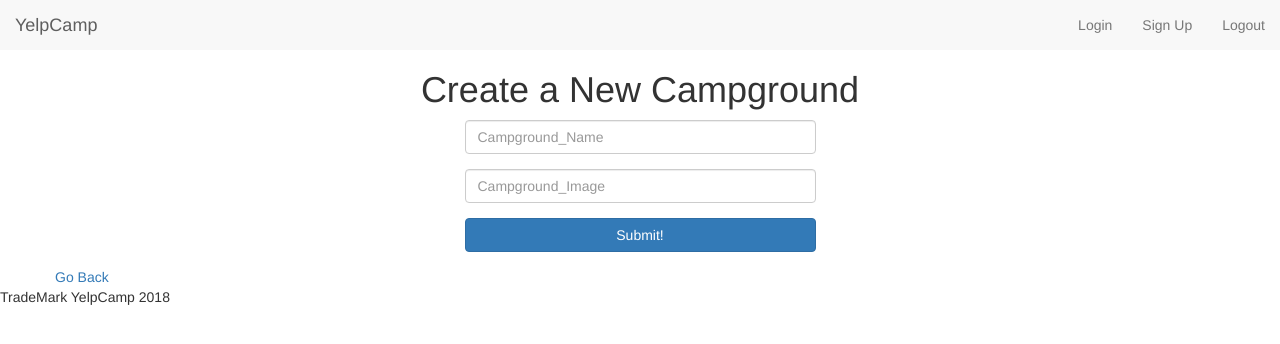
Repository: Kushagrakmr/c9backup
Page: http://localhost/campgrounds/new
The author's editor kept a record of every edit. The page is drawn from the files as they stood at one moment, then again after the next edit.
The browser window is 1280 px wide. The pictures show the whole page.
The page is served by the project's Node server (YelpCamp/v1/app.js).

Above is the page before.

After the next edit:
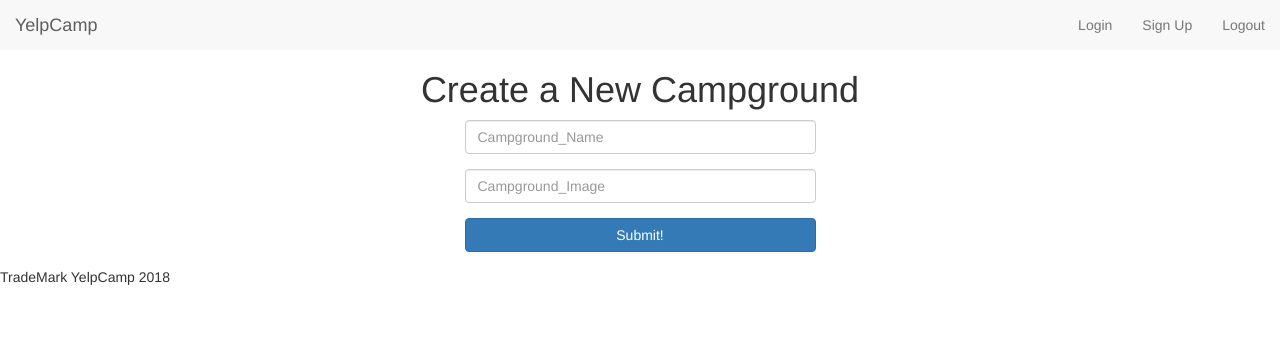
The edit:
--- a/YelpCamp/v1/views/new.ejs
+++ b/YelpCamp/v1/views/new.ejs
@@ -17,7 +17,7 @@
     </form>
    </div>
 
-   <a href="/campgrounds">Go Back</a>
+
   </div>
  </div>
 
